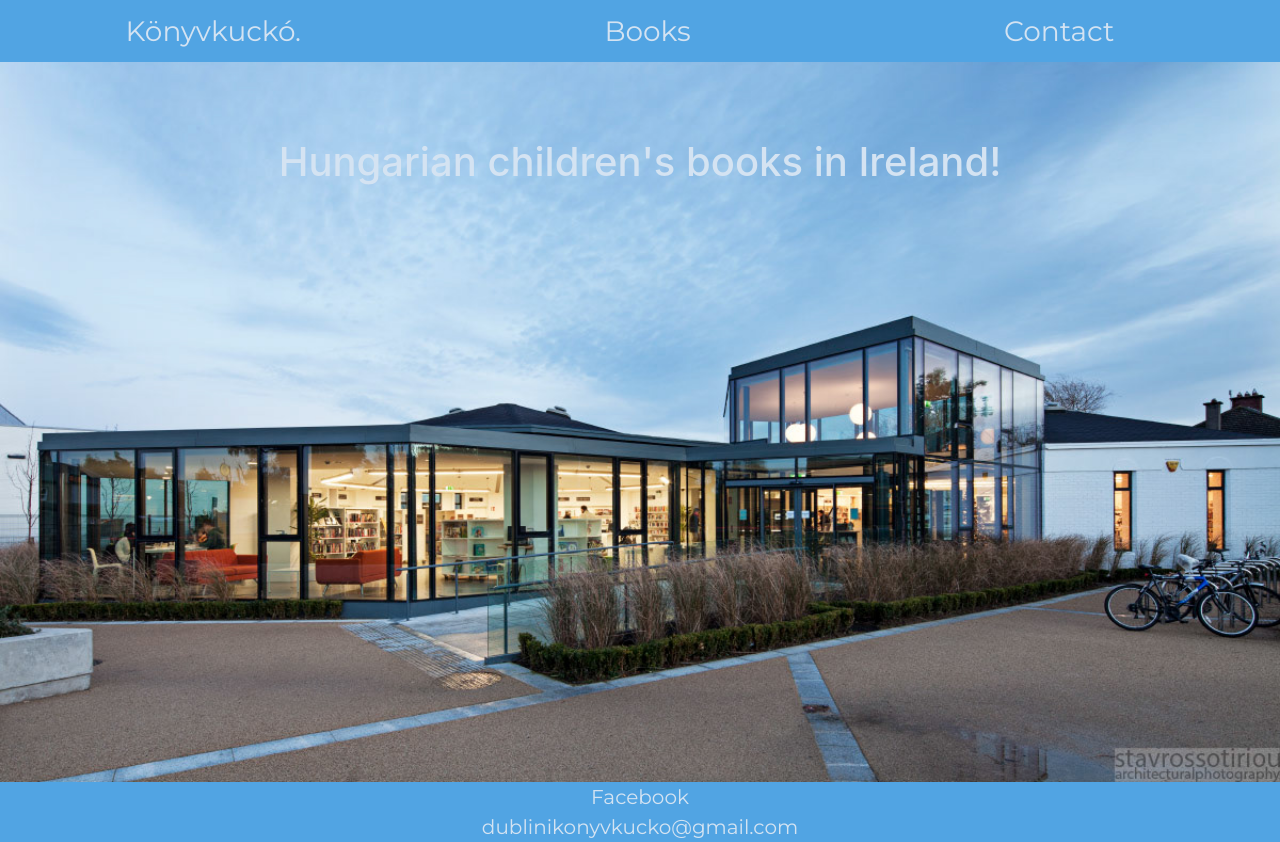
Repository: taikatta/Konyvkucko
Page: index.html
The author's editor kept a record of every edit. The page is drawn from the files as they stood at one moment, then again after the next edit.
The browser window is 1280 px wide. The pictures show the whole page.
Backgrounds fixed to the window are drawn as part of the page.

Above is the page before.

### index.html
<!DOCTYPE html>
<html lang="en">

<head>
    <meta charset="UTF-8">
    <meta name="viewport" content="width=device-width, initial-scale=1.0">
    <meta http-equiv="X-UA-Compatible" content="ie=edge">
    <link rel="stylesheet" href="https://stackpath.bootstrapcdn.com/bootstrap/4.3.1/css/bootstrap.min.css" type="text/css" />
    <link rel="stylesheet" href="https://stackpath.bootstrapcdn.com/font-awesome/4.7.0/css/font-awesome.min.css" type="text/css" />
    <link rel="stylesheet" href="css/style.css" type="text/css" />
    <title>Dublini Magyar Könyvkuckó</title>
</head>

<body>
    <header>
        <div class="row no-gutters">
            <a href="index.html" style="text-decoration: none" class="col-md-4 brand">Könyvkuckó.</a>
            <div class="col-md-8 d-none d-md-block">
                <div class="col">
                    <ul id="nav" class="list-inline menucontainer">
                        <li class="col-6 list-inline-item menuitem">
                            <a href="books.html"><span>Books</span></a>
                        </li>
                        <li class="col-6 list-inline-item menuitem">
                            <a href="contact.html"><span>Contact</span></a>
                        </li>
                    </ul>
                </div>
            </div>
        </div>
    </header>
    <section>
        <div class="home-background">
            <h1 class="introduction"><a href="books.html" style="text-decoration: none; color: #d4e3f2">Hungarian children's books in Ireland!</a></h1>
        </div>
    </section>
    <footer>
        <div>
            <a href="https://www.facebook.com/konyvkucko/" target="_blank" style="text-decoration: none">
                <span style="color: #d4e3f2">Facebook</span></a>
            <br>
            <span>dublinikonyvkucko@gmail.com</span>
        </div>
    </footer>
</body>
</html>

### css/style.css
@import url('https://fonts.googleapis.com/css?family=Montserrat&display=swap:100, 200, 300, 400, 500, 600, 700');

/*--------------------------------------------Colors*/



/*--------------------------------------------Heading*/

header, footer {
    margin: 0;
    background-color: #51a4e3; /* #1d7fcf; */
}

footer > div {
    font-family: "Montserrat", sans-serif;
    font-weight: 100;
    font-size: 20px;
    text-align: center;
    color: #d4e3f2;
}


.list-inline-item:not(:last-child) {
    margin: 0;
}

.menucontainer {
    font-size: 0;
    min-height: 60px;
}

.menuitem a {
    width: 100%;
    text-decoration: none;
}

#nav li {
    font-family: "Montserrat", sans-serif;
    font-weight: 200;
    font-size: 28px;
    margin-top: 10px;
    margin-bottom: 10px;
    text-align: center;

}

#nav span {
    color: #d4e3f2;
}

.brand {
    color: #d4e3f2;
    font-family: "Montserrat", sans-serif;
    font-weight: 200;
    font-size: 28px;
    margin-top: 10px;
    margin-bottom: 10px;
    text-align: center;
}

.brand:hover {
    color: #d4e3f2;
}

#nav {
    margin: 0;
}


.page-title h1 {
    padding-top: 10px;
    text-align: center;
}

.container {
    padding: 10px 0;
    background-color: #d4e3f2;

}

/*
.container:not(:last-child) {
    margin-right: 10px;

}
*/

#button1, #button2, #button3, #button4 {
    margin-top: 10px;
    margin-bottom: 10px;
}


.home-background {
    height: 100vh;
    background: url("../images/deansgrange1.jpg") no-repeat bottom right fixed;
    -webkit-background-size: cover;
    -moz-background-size: cover;
    -o-background-size: cover;
    background-size: cover;
    display: flex;
    align-items: center;
    justify-content:center;
    position: relative;
}

.introduction {
    color: black; /*#d4e3f2; */
    text-align: center;
    height: 560px;
}


/*

.logo {
    background: url("../images/logo.jpg");
    background-position: center;
    background-repeat: no-repeat;
    background-size: 75%;
    min-height: 60px;
    background-color: #1d7fcf;
}

*/

/*
.heading {
    margin-left: 50px;
}

*/

/*

.page-title {
    font-family: "Montserrat", sans-serif;
    font-weight: 200;
    font-size: 28px;
    color: #0f68b7;
    background-color: #8bc4ec;
    min-height: 60px;
    width: auto;
    text-transform: uppercase;
    letter-spacing: 2px;
    margin: 0;
}
*/

After the next edit:
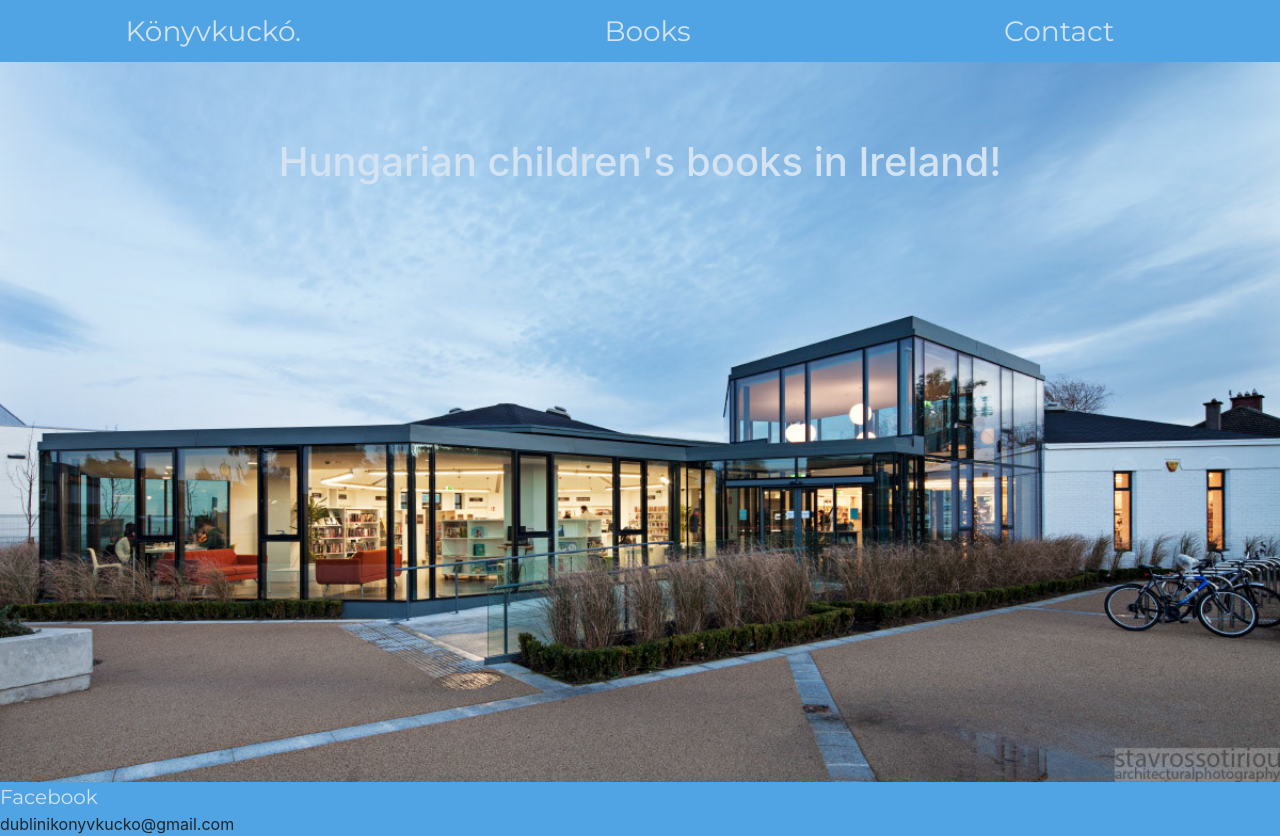
The edit:
--- a/css/style.css
+++ b/css/style.css
@@ -11,7 +11,7 @@
     background-color: #51a4e3; /* #1d7fcf; */
 }
 
-footer > div {
+footer > div > a{
     font-family: "Montserrat", sans-serif;
     font-weight: 100;
     font-size: 20px;
